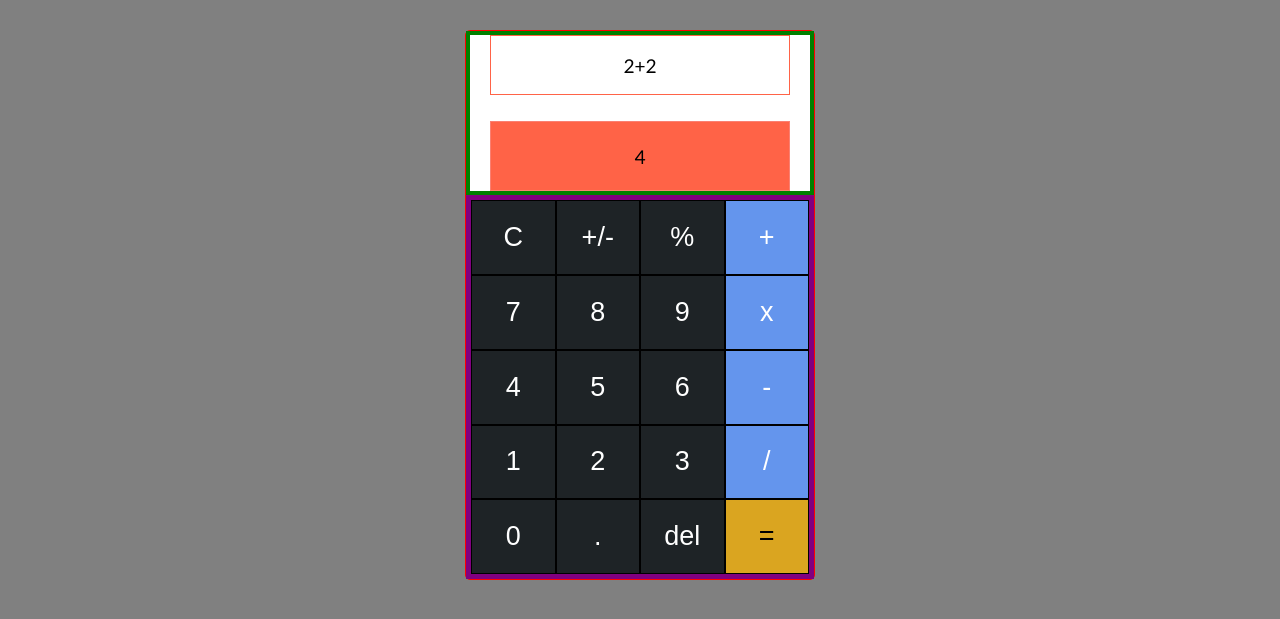
Repository: OfirLana/Calculator
Page: index.html
These files come from the project's save history. The page is drawn as it stood at one moment and after the next save; the edit follows.
The browser window is 1280 px wide. The pictures show the whole page.

Above is the page before, as saved 2019-03-12 23:56:45.

### index.html
<!DOCTYPE html>
<html lang="en">

<head>
    <meta charset="UTF-8">
    <meta name="viewport" content="width=device-width, initial-scale=1.0">
    <meta http-equiv="X-UA-Compatible" content="ie=edge">
    <link href="https://fonts.googleapis.com/css?family=Lato:100,300,400,700,900" rel="stylesheet">
    <title>Document</title>
    <link rel="stylesheet" href="style.css">
</head>

<body>
    <div class="calculator">
        <div class="output_box">
            <div class="main_output">
2+2


            </div>
            <div class="sub_output">
4


            </div>
        </div>


        <div class="opeartor_box">
            <button class="btn dlt">C</button>
            <button class="btn">+/-</button>
            <button class="btn ">%</button>
            <button class="btn op">+</button>
            <button class="btn">7</button>
            <button class="btn">8</button>
            <button class="btn">9</button>
            <button class="btn op">x</button>
            <button class="btn">4</button>
            <button class="btn">5</button>
            <button class="btn">6</button>
            <button class="btn op">-</button>
            <button class="btn">1</button>
            <button class="btn">2</button>
            <button class="btn">3</button>
            <button class="btn op">/</button>
            <button class="btn">0</button>
            <button class="btn">.</button>
            <button class="btn">del</button>
            <button class="btn sum">=</button>


        </div>








    </div>
    <script src="index.js"></script>
</body>

</html>

### style.css
* {
    margin: 0;
    padding: 0;
    box-sizing: border-box;
}

html {
    font-size: 62.5%;
}

body {
    font-family: "Lato", sans-serif;
    font-size: 1.6rem;
    color: #777;
    padding: 3rem;
    background:grey;
}

.calculator {
    display: flex;
    flex-direction: column;
    margin: 0 auto;
    width: 35rem;
    height: 55rem;
    border: 1px solid red;
    border-radius: 5px;
}

.output_box {
    display: flex;
    flex-direction: column;
    flex-basis: 30%;
    border: 4px solid green;
    width: 100%;
    justify-content: space-between;
    padding:0px 20px;
    background:white;
    color:black;
    font-size:19px;
}

.main_output {
    display: flex;
    border: 1px solid blue;
    height: 6rem;
    justify-content: center;
    align-items:center;
    /* background:blue; */
  border:1px solid tomato;
    width:100%;
    /* background:blue; */
    text-align:end;
    overflow: hidden;
}






.sub_output {
    display: flex;
    border: 1px solid salmon;
    height: 7rem;
    /* background:red; */
    display:flex;
    justify-content: center;
    align-items: center;
    overflow: hidden;
    background:tomato;
}

.opeartor_box{
    display:flex;
    /* flex-direction: column; */
    flex-wrap:wrap;
    width:100%;
    border:5px solid purple;
    flex-basis:70%;
}

.btn{
    width:25%;
    height:20%;
    background:#1E2326;
    border: 1px solid black;
    color:white;
    font-size:27px;
    font-weight:100;
}

.btn:active{
    background:blue;
    border:1px solid black;
}

.op {
    background:cornflowerblue;
}

.sum{
    background:goldenrod;
    color:black;
}

Loaded but not shown: index.js (no copy from this time; the picture is the same without it)

After the next save:
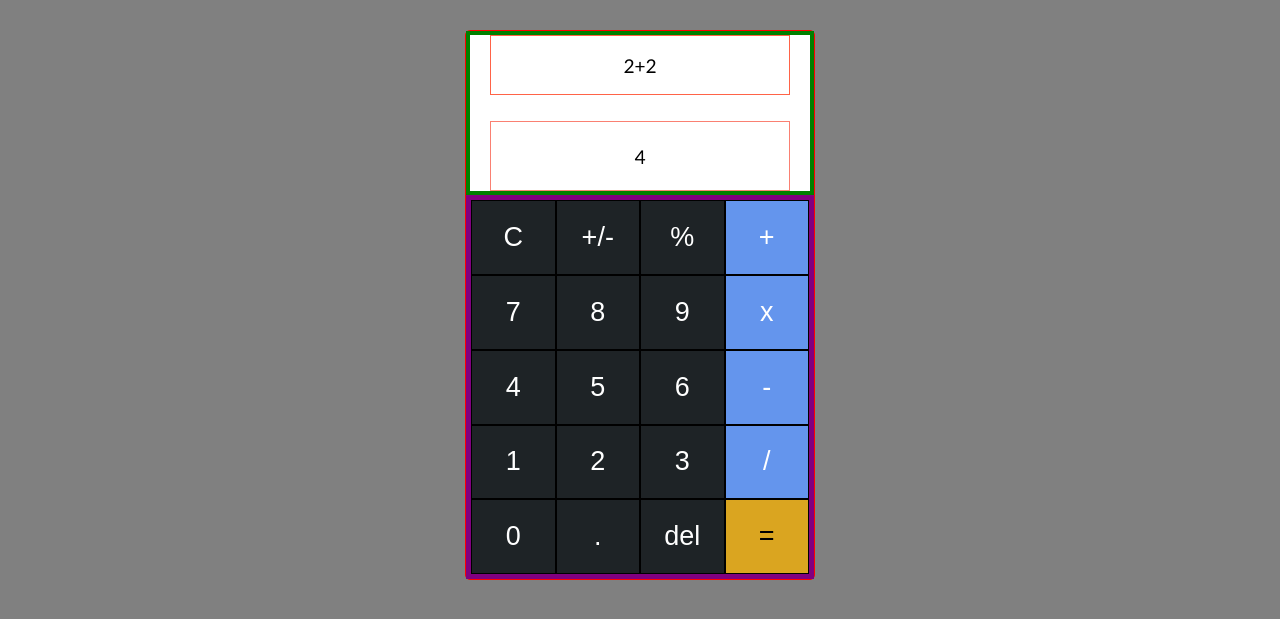
Saved 19 s later.
--- a/style.css
+++ b/style.css
@@ -67,7 +67,7 @@ body {
     justify-content: center;
     align-items: center;
     overflow: hidden;
-    background:tomato;
+    /* background:tomato; */
 }
 
 .opeartor_box{
